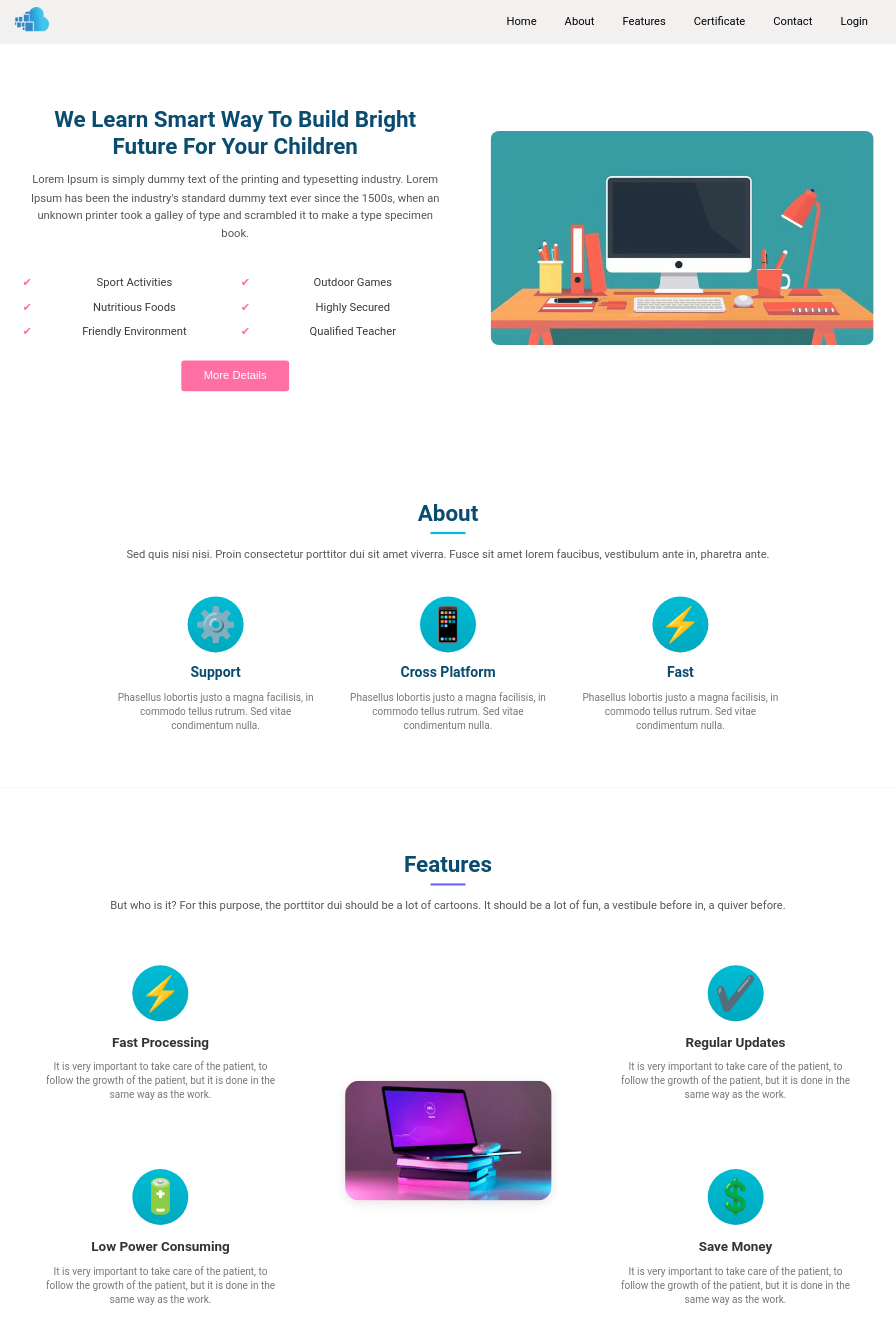
Repository: gautamsonam011/Institute
Page: /
The author's editor kept a copy of each file at every save. The page is drawn from the files as they stood at one save, then again after the next save.
The browser window is 1280 px wide. The pictures show the part of the page from y = 0 to 1920 px (the page is 3497 px tall), at 70% of full size.
The project was rebuilt for these pictures with package versions that can differ from the ones it lists, and the page was loaded fresh each time. Also part of the build but not shown: vite.config.js, src/Header.jsx, src/Sidebar.jsx, src/Home.jsx, src/students/Addstudent.jsx, src/students/allstudent.css, src/students/Allstudents.jsx, src/Fee management/feehead.css and 9 more.

Above is the page before, as saved 2024-11-28 10:48:02.

### src/components/Last.jsx
import React from 'react'
import Navbar from './Navbar';
import Main from './Main';
import About from './About';
import Features from './Features';
import Team from './Team';
import Contact from './Contact'
import Footer from './Footer';

const Last = () => {
  return (
    <div>
      <Navbar/>
      <Main/>
      <About/>
      <Features/>
      <Team/>
      <Contact/>
      <Footer/>
    </div>
  )
}

export default Last

### src/students/addstudent.css
.form-container {
    width: 96%;
    margin: auto;
    padding: 20px;
    border: 1px solid #ccc;
    border-radius: 10px;
    background-color: #e0f7fa;
    box-shadow: 0 4px 10px rgba(0, 0, 0, 0.1);
  }

  h2 {
    color: #047d8d;
    text-align: center;
    margin-bottom: 20px;
    font-size: 1.5rem;
  }

  .form-group {
    margin-bottom: 20px;
  }

  label {
    display: block;
    font-weight: bold;
    color: #047d8d;
    margin-bottom: 5px;
  }

  input, select, textarea {
    width: 98%;
    padding: 12px;
    margin-top: 5px;
    border: 1px solid #b0bec5;
    border-radius: 4px;
    font-size: 1rem;
    transition: border-color 0.3s;
  }

  input:focus, select:focus, textarea:focus {
    border-color: #047d8d;
    outline: none;
  }

  button {
    padding: 10px 20px;
    background-color: #047d8d;
    color: white;
    border: none;
    cursor: pointer;
    font-size: 16px;
  }

  button:active {
    background-color: #64bdc9;;
  }

### src/components/Main.jsx
import React from "react";
import "./main.css";
import mainbg2 from '../assets/mainbg2.jpg'

const AboutSection = () => {
  return (
    <div className="about-section">
      <div className="about-content">
        {/* <h3 className="about-heading"></h3> */}
        <h2 className="about-title">
          We Learn Smart Way To Build Bright Future For Your Children
        </h2>
        <p className="about-description">
          Lorem Ipsum is simply dummy text of the printing and typesetting
          industry. Lorem Ipsum has been the industry's standard dummy text
          ever since the 1500s, when an unknown printer took a galley of type
          and scrambled it to make a type specimen book.
        </p>
        <ul className="about-list">
          <li>Sport Activities</li>
          <li>Outdoor Games</li>
          <li>Nutritious Foods</li>
          <li>Highly Secured</li>
          <li>Friendly Environment</li>
          <li>Qualified Teacher</li>
        </ul>
        <button className="about-button">More Details</button>
      </div>
      <div className="about-image-container">
        <img
          src={mainbg2} /* Replace with actual image URL */
          alt="Children learning"
          className="about-image"
        />
      </div>
    </div>
  );
};

export default AboutSection;

### src/components/About.jsx
import React from "react";
import "./about.css";

const About = () => {
  return (
    <section className="about-section" id="about">
      <div className="about-container">
        <h2 className="about-title">About</h2>
        <hr className="about-divider" />
        <p className="about-description">
          Sed quis nisi nisi. Proin consectetur porttitor dui sit amet viverra.
          Fusce sit amet lorem faucibus, vestibulum ante in, pharetra ante.
        </p>
        <div className="about-features">
          <div className="feature">
            <div className="feature-icon support-icon"></div>
            <h3>Support</h3>
            <p>
              Phasellus lobortis justo a magna facilisis, in commodo tellus
              rutrum. Sed vitae condimentum nulla.
            </p>
          </div>
          <div className="feature">
            <div className="feature-icon cross-platform-icon"></div>
            <h3>Cross Platform</h3>
            <p>
              Phasellus lobortis justo a magna facilisis, in commodo tellus
              rutrum. Sed vitae condimentum nulla.
            </p>
          </div>
          <div className="feature">
            <div className="feature-icon fast-icon"></div>
            <h3>Fast</h3>
            <p>
              Phasellus lobortis justo a magna facilisis, in commodo tellus
              rutrum. Sed vitae condimentum nulla.
            </p>
          </div>
        </div>
      </div>
    </section>
  );
};

export default About;

### src/components/Team.jsx
import React from "react";
import "./team.css";
import user1 from '../assets/user1.jpg';
import user2 from '../assets/user2.jpg';
import user3 from '../assets/user3.jpg'

const OurTeam = () => {
  const teamMembers = [
    {
      name: "Jane Doe",
      image: user1, // Replace with the correct image path
      title: "Web Developer",
    },
    {
      name: "John Smith",
      image: user2, // Replace with the correct image path
      title: "UI/UX Designer",
    },
    {
      name: "Mike Johnson",
      image: user3, // Replace with the correct image path
      title: "Project Manager",
    },
  ];

  return (
    <section className="our-team">
      <div className="container">
        <h2 className="team-heading">Our Team</h2>
        <p className="team-description">
          Sed quis nisi nisi. Proin consectetur porttitor dui sit amet viverra. Fusce sit amet lorem faucibus, vestibulum ante in, pharetra ante.
        </p>
        <div className="team-members">
          {teamMembers.map((member, index) => (
            <div key={index} className="team-member">
              <img
                src={member.image}
                alt={member.name}
                className="team-member-img"
              />
              <h3 className="member-name">{member.name}</h3>
              <p className="member-title">{member.title}</p>
            </div>
          ))}
        </div>
      </div>
    </section>
  );
};

export default OurTeam;

### src/components/Contact.jsx
import React from "react";
import "./contact.css";

const ContactUs = () => {
  return (
    <section className="contact-us" id="contact">
      <div className="container">
        <h2 className="contact-heading">Contact us</h2>
        <p className="contact-description">
          Sed quis nisi nisi. Proin consectetur porttitor dui sit amet viverra. Fusce sit amet lorem faucibus, vestibulum ante in, pharetra ante.
        </p>
        <div className="contact-content">
          {/* Left: Contact Form */}
          <form className="contact-form">
            <div className="form-row">
              <input
                type="text"
                placeholder="Full Name"
                className="form-input"
              />
              <input type="email" placeholder="Email" className="form-input" />
            </div>
            <div className="form-row">
              <input type="text" placeholder="Subject" className="form-input" />
            </div>
            <div className="form-row">
              <textarea
                placeholder="Message"
                className="form-textarea"
              ></textarea>
            </div>
            <button type="submit" className="form-submit">
              SUBMIT
            </button>
          </form>
          {/* Right: Contact Info */}
          <div className="contact-info">
            <div className="info-box">
              <p>
                <strong>ADDRESS</strong>
                <br />
                New Delhi, India
              </p>
            </div>
            <div className="info-box">
              <p>
                <strong>PHONE</strong>
                <br />
                009900990099
              </p>
            </div>
            <div className="info-box">
              <p>
                <strong>E-MAIL</strong>
                <br />
                yogesh@gmail.com
              </p>
            </div>
            <div className="info-box">
              <p>
                <strong>WORKING HOURS</strong>
                <br />
                Mon-Fri 9.00 AM to 5.00 PM
              </p>
            </div>
          </div>
        </div>
      </div>
    </section>
  );
};

export default ContactUs;

### src/components/Footer.jsx
import React from "react";
import "./footer.css";

const Footer = () => {
  return (
    <footer className="footer">
      <div className="container">
        <div className="footer-content">
          {/* About Section */}
          <div className="footer-section">
            <h3>About Us</h3>
            <p>
              We provide excellent training services and certifications. Our goal is to help you grow professionally and achieve your career goals.
            </p>
          </div>
          {/* Quick Links */}
          <div className="footer-section">
            <h3>Quick Links</h3>
            <ul className="footer-links">
              <li><a href="#home">Home</a></li>
              <li><a href="#about">About</a></li>
              <li><a href="#features">Features</a></li>
              <li><a href="#contact">Contact</a></li>
            </ul>
          </div>
          {/* Contact Info */}
          <div className="footer-section">
            <h3>Contact Us</h3>
            <p>New Delhi, India</p>
            <p>Phone: 009900990099</p>
            <p>Email: info@example.com</p>
          </div>
        </div>
        {/* Social Media */}
        <div className="footer-social">
          <a href="#" className="social-icon">
            <i className="fab fa-facebook-f"></i>
          </a>
          <a href="#" className="social-icon">
            <i className="fab fa-twitter"></i>
          </a>
          <a href="#" className="social-icon">
            <i className="fab fa-instagram"></i>
          </a>
          <a href="#" className="social-icon">
            <i className="fab fa-linkedin-in"></i>
          </a>
        </div>
        {/* Footer Bottom */}
        <div className="footer-bottom">
          <p>© 2024 Your Company. All Rights Reserved.</p>
        </div>
      </div>
    </footer>
  );
};

export default Footer;

### src/components/navbar.css
/* Navbar styles */
.navbar {
  display: flex;
  justify-content: space-between;
  align-items: center;
  padding: 10px 20px;
  background-color: #f3f0f0;
}

.navbar .logo img {
  width: 50px;
}

.navbar .nav-links {
  display: flex;
  gap: 20px;
}

.navbar .nav-links ul {
  list-style: none;
  margin: 0;
  padding: 0;
  display: flex;
}

.navbar .nav-links li a {
  color: rgb(2, 2, 2);
  text-decoration: none;
  padding: 10px 20px;
}

.navbar .hamburger {
  display: none;
  cursor: pointer;
}

.navbar .hamburger .bar {
  width: 25px;
  height: 4px;
  background-color: rgb(14, 13, 13);
  margin: 5px;
  transition: all 0.3s;
}

/* Show the hamburger icon on small screens */
@media (max-width: 768px) {
  .navbar .nav-links {
    display: none;
    width: 100%;
    flex-direction: column;
    align-items: center;
    position: absolute;
    top: 60px;
    left: 0;
    background-color: #333;
    z-index: 100;
  }

  .navbar .nav-links.active {
    display: flex;
  }

  .navbar .hamburger {
    display: block;
  }

  .navbar .hamburger.active .bar:nth-child(1) {
    transform: rotate(45deg);
    position: relative;
    top: 9px;
  }

  .navbar .hamburger.active .bar:nth-child(2) {
    opacity: 0;
  }

  .navbar .hamburger.active .bar:nth-child(3) {
    transform: rotate(-45deg);
    position: relative;
    top: -9px;
  }
}

### src/components/main.css
/* About Section Styling */
.about-section {
  display: flex;
  align-items: center;
  justify-content: space-between;
  gap: 2rem;
  padding: 3rem;
  background-color: #fefefe;
  flex-wrap: wrap; /* Makes it responsive */
}

.about-content {
  max-width: 50%;
}

.about-heading {
  color: #ff6fa3;
  font-size: 1.5rem;
  font-weight: 600;
  margin-bottom: 1rem;
}

.about-title {
  font-size: 2.5rem;
  font-weight: 700;
  margin-bottom: 1.5rem;
  color: #343a40;
}

.about-description {
  font-size: 1rem;
  line-height: 1.8;
  margin-bottom: 1.5rem;
  color: #555;
}

.about-list {
  display: grid;
  grid-template-columns: repeat(2, 1fr);
  gap: 1rem;
  margin-bottom: 2rem;
  list-style: none;
  padding: 0;
}

.about-list li {
  font-size: 1rem;
  color: #343a40;
  position: relative;
  padding-left: 1.5rem;
}

.about-list li::before {
  content: "✔";
  position: absolute;
  left: 0;
  color: #ff6fa3;
}

.about-button {
  background-color: #ff6fa3;
  color: white;
  border: none;
  border-radius: 4px;
  padding: 0.8rem 2rem;
  font-size: 1rem;
  cursor: pointer;
}

.about-image-container {
  position: relative;
  max-width: 45%;
}

.about-image {
  width: 100%;
  border-radius: 12px;
}

/* .play-button {
  position: absolute;
  top: 50%;
  left: 50%;
  transform: translate(-50%, -50%);
  background-color: rgba(255, 255, 255, 0.8);
  border-radius: 50%;
  width: 70px;
  height: 70px;
  display: flex;
  align-items: center;
  justify-content: center;
  font-size: 1.5rem;
  color: #ff6fa3;
  cursor: pointer;
} */

/* Responsive Design */
@media (max-width: 768px) {
  .about-section {
    flex-direction: column;
    text-align: center;
    padding: 1.5rem;
  }

  .about-content {
    max-width: 100%;
  }

  .about-image-container {
    max-width: 100%;
  }
}

### src/components/about.css
.about-section {
    padding: 4rem 2rem;
    text-align: center;
    background-color: white;
  }

  .about-container {
    max-width: 1200px;
    margin: 0 auto;
  }

  .about-title {
    font-size: 2rem;
    color: #0a4c70;
    font-weight: bold;
    margin-bottom: 0.5rem;
  }

  .about-divider {
    width: 50px;
    height: 3px;
    background-color: #00bcd4;
    border: none;
    margin: 0.5rem auto;
  }

  .about-description {
    font-size: 1rem;
    color: #555;
    margin: 1rem 0 3rem;
    line-height: 1.6;
  }

  .about-features {
    display: flex;
    justify-content: center;
    gap: 2rem;
    flex-wrap: wrap;
  }

  .feature {
    text-align: center;
    max-width: 300px;
  }

  .feature-icon {
    width: 80px;
    height: 80px;
    margin: 0 auto 1rem;
    border-radius: 50%;
    background: linear-gradient(to bottom, #00bcd4, #00a9c0);
    display: flex;
    justify-content: center;
    align-items: center;
    font-size: 2rem;
    color: white;
    transition: transform 0.3s ease, background-color 0.3s ease;
  }

  .feature-icon:hover {
    transform: scale(1.2); /* Enlarges the icon on hover */
    background: linear-gradient(to bottom, #00a9c0, #00bcd4); /* Reverses the gradient */
    cursor: pointer;
  }

  .support-icon::before {
    content: "⚙️"; /* Replace with an actual image or icon if desired */
  }

  .cross-platform-icon::before {
    content: "📱"; /* Replace with an actual image or icon if desired */
  }

  .fast-icon::before {
    content: "⚡"; /* Replace with an actual image or icon if desired */
  }

  .feature h3 {
    font-size: 1.25rem;
    color: #0a4c70;
    margin: 0.5rem 0;
  }

  .feature p {
    font-size: 0.9rem;
    color: #777;
    line-height: 1.4;
  }

### src/components/features.css
.features-section {
    padding: 4rem 2rem;
    text-align: center;
    background-color: white;
  }

  .features-container {
    max-width: 1200px;
    margin: 0 auto;
  }

  .features-title {
    font-size: 2rem;
    color: #0a4c70;
    font-weight: bold;
    margin-bottom: 0.5rem;
  }

  .features-divider {
    width: 50px;
    height: 3px;
    background-color: #6c63ff;
    margin: 0.5rem auto 1rem;
  }

  .features-description {
    font-size: 1rem;
    color: #555;
    margin-bottom: 3rem;
    line-height: 1.6;
  }

  .features-content {
    display: flex;
    align-items: center;
    justify-content: space-between;
    gap: 2rem;
  }

  .features-column {
    display: flex;
    flex-direction: column;
    gap: 2rem;
    flex: 1;
  }

  .feature-card {
    text-align: center;
    padding: 1.5rem;
    /* border: 1px solid #ddd; */
    /* border-radius: 10px;
    background: #f9f9f9; */
    transition: transform 0.3s ease, box-shadow 0.3s ease;
  }

  .feature-card:hover {
    transform: translateY(-10px);
    box-shadow: 0 8px 20px rgba(0, 0, 0, 0.15);
  }

  .feature-icon {
    font-size: 3rem;
    color: #6c63ff;
    margin-bottom: 1rem;
  }

  .feature-title {
    font-size: 1.2rem;
    color: #333;
    font-weight: bold;
    margin-bottom: 0.5rem;
  }

  .feature-description {
    font-size: 0.9rem;
    color: #777;
    line-height: 1.4;
  }

  .features-image {
    flex: 1;
    display: flex;
    justify-content: center;
    align-items: center;
  }

  .features-image img {
    max-width: 100%;
    height: auto;
    border-radius: 20px;
    box-shadow: 0 4px 15px rgba(0, 0, 0, 0.1);
  }

### src/components/team.css
.our-team {
    text-align: center;
    padding: 50px 20px;
    background-color: #f9f9f9;
  }

  .team-heading {
    font-size: 2rem;
    color: #0a4c70;
    font-weight: bold;
    margin-bottom: 20px;
  }

  .team-description {
    color: #555;
    font-size: 1rem;
    margin-bottom: 40px;
  }

  .team-members {
    display: flex;
    justify-content: center;
    gap: 60px; /* Increased gap between images */
    flex-wrap: wrap;
  }

  .team-member {
    max-width: 250px; /* Allows for a larger size */
    text-align: center;
  }

  .team-member-img {
    width: 150px; /* Larger circle size */
    height: 150px; /* Match width for a perfect circle */
    border-radius: 50%;
    object-fit: cover;
    margin-bottom: 15px;
    border: 3px solid #ddd; /* Optional: Add a border for better appearance */
  }

  .member-name {
    font-size: 1rem;
    font-weight: bold;
    color: #333;
    margin-top: 10px;
  }

  .member-title {
    font-size: 0.9rem;
    color: #777;
  }

### src/components/contact.css
.contact-us {
    text-align: center;
    padding: 70px 40px;
    background-color: #f9f9f9;
  }

  .contact-heading {
    font-size: 2rem;
    color: #0a4c70;
    font-weight: bold;
    margin-bottom: 10px;
  }

  .contact-description {
    color: #555;
    font-size: 1rem;
    margin-bottom: 40px;
  }

  .contact-content {
    display: flex;
    justify-content: space-between;
    gap: 20px;
    flex-wrap: wrap;
    max-width: 1200px; /* Restrict max width */
    margin: 0 auto; /* Center content horizontally */
  }

  .contact-form {
    flex: 1;
    max-width: 60%;
  }

  .contact-info {
    flex: 1;
    max-width: 30%;
    background: #e0f7fa;
    padding: 20px;
    border-radius: 10px;
  }

  .form-row {
    display: flex;
    gap: 10px;
    margin-bottom: 15px;
  }

  .form-input {
    width: 100%;
    padding: 10px;
    border: 1px solid #ddd;
    border-radius: 25px;
  }

  .form-textarea {
    width: 100%;
    padding: 10px;
    height: 100px;
    border: 1px solid #ddd;
    border-radius: 5px;
  }

  .form-submit {
    width: 100%;
    padding: 10px;
    background: #0a4c70;
    color: white;
    border: none;
    border-radius: 5px;
    cursor: pointer;
    font-weight: bold;
  }

  .info-box {
    text-align: left;
    margin-bottom: 15px;
  }

  .info-box p {
    margin: 0;
    color: #333;
  }

  .info-box strong {
    display: block;
    margin-bottom: 5px;
    color: #0a4c70;
  }

### src/components/footer.css
.footer {
    background-color: #0a4c70;
    color: white;
    padding: 40px 20px;
    text-align: center;
  }

  .container {
    max-width: 1200px;
    margin: 0 auto;
  }

  .footer-content {
    display: flex;
    justify-content: space-between;
    flex-wrap: wrap;
    margin-bottom: 20px;
  }

  .footer-section {
    flex: 1;
    min-width: 200px;
    margin: 10px;
  }

  .footer-section h3 {
    font-size: 1.2rem;
    margin-bottom: 10px;
    color: #e0f7fa;
  }

  .footer-section p,
  .footer-section a {
    font-size: 0.9rem;
    color: white;
    line-height: 1.6;
  }

  .footer-section a {
    text-decoration: none;
    color: #e0f7fa;
  }

  .footer-section a:hover {
    text-decoration: underline;
  }

  .footer-links {
    list-style: none;
    padding: 0;
  }

  .footer-links li {
    margin-bottom: 8px;
  }

  .footer-links a {
    color: white;
    text-decoration: none;
  }

  .footer-links a:hover {
    text-decoration: underline;
  }

  .footer-social {
    margin: 20px 0;
  }

  .social-icon {
    margin: 0 10px;
    font-size: 1.2rem;
    color: white;
    text-decoration: none;
  }

  .social-icon:hover {
    color: #e0f7fa;
  }

  .footer-bottom {
    border-top: 1px solid #e0f7fa;
    padding-top: 10px;
    font-size: 0.8rem;
    color: #e0f7fa;
  }

Loaded but not shown: index.html (common file); src/main.jsx (common file); src/App.css (268 lines, source omitted); src/components/Navbar.jsx (119 lines, source omitted); src/App.jsx (72 lines, source omitted); src/components/Features.jsx (77 lines, source omitted)

After the next save:
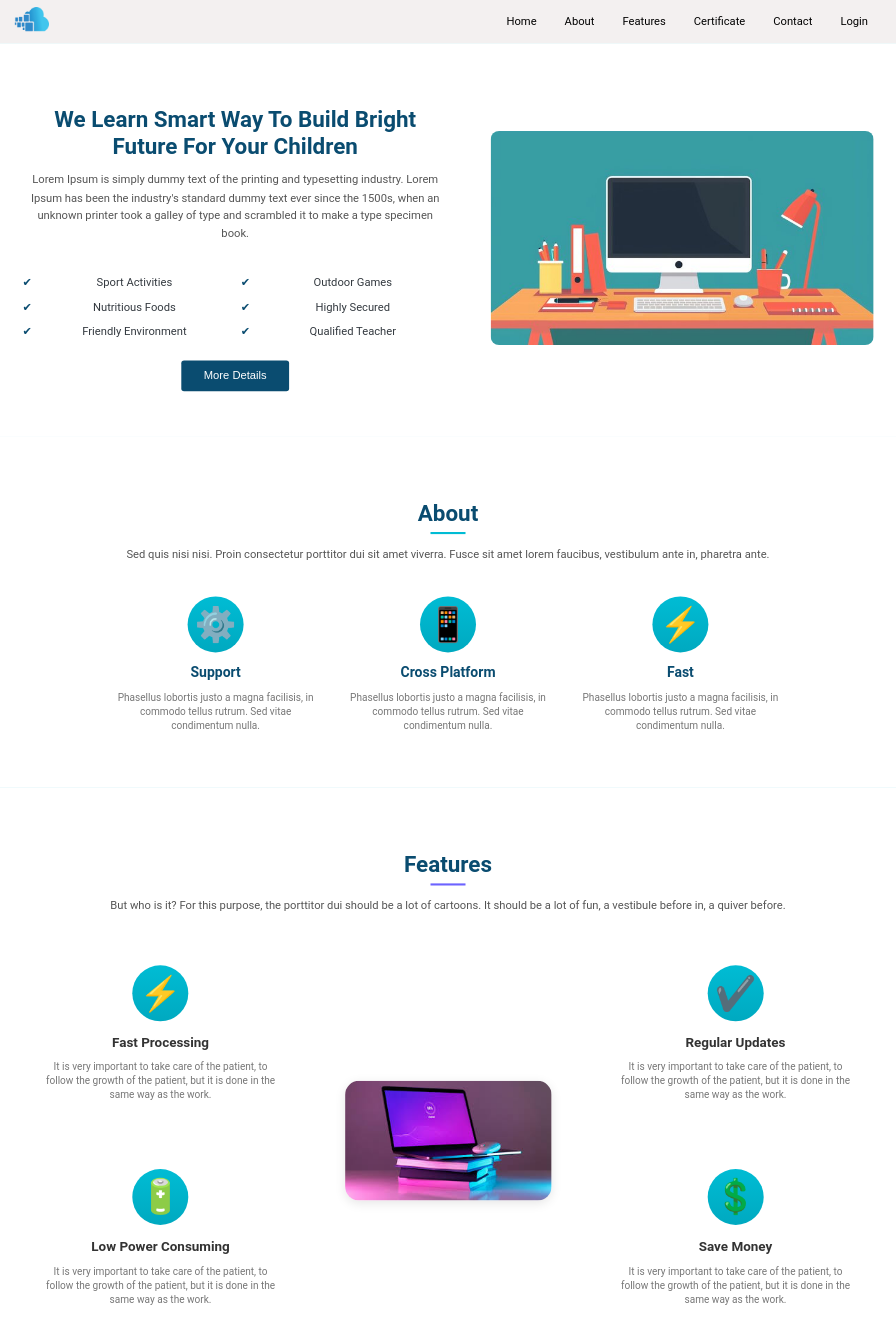
Saved 2 min 18 s later.
--- a/src/components/main.css
+++ b/src/components/main.css
@@ -14,7 +14,7 @@
 }
 
 .about-heading {
-  color: #ff6fa3;
+  color: #0a4c70;
   font-size: 1.5rem;
   font-weight: 600;
   margin-bottom: 1rem;
@@ -54,11 +54,11 @@
   content: "✔";
   position: absolute;
   left: 0;
-  color: #ff6fa3;
+  color: #0a4c70;
 }
 
 .about-button {
-  background-color: #ff6fa3;
+  background-color: #0a4c70;
   color: white;
   border: none;
   border-radius: 4px;
